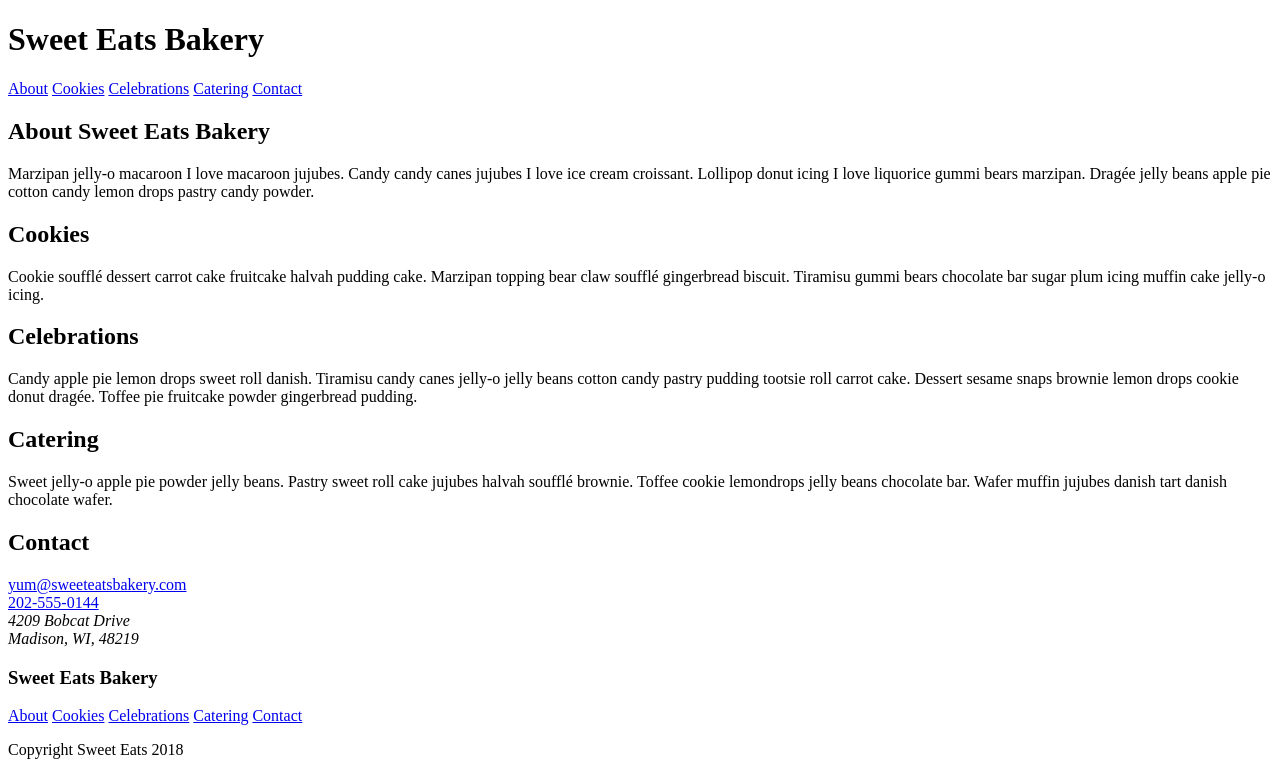
Repository: yoshimario/web-module-challenge-user-interface
Page: index.html
The author's editor kept a copy of each file at every save. The page is drawn from the files as they stood at one save, then again after the next save.
The browser window is 1280 px wide. The pictures show the whole page.
Some web fonts or font styles are not loaded; a fallback is used.

Above is the page before, as saved 2023-05-15 13:06:53.

After the next save:
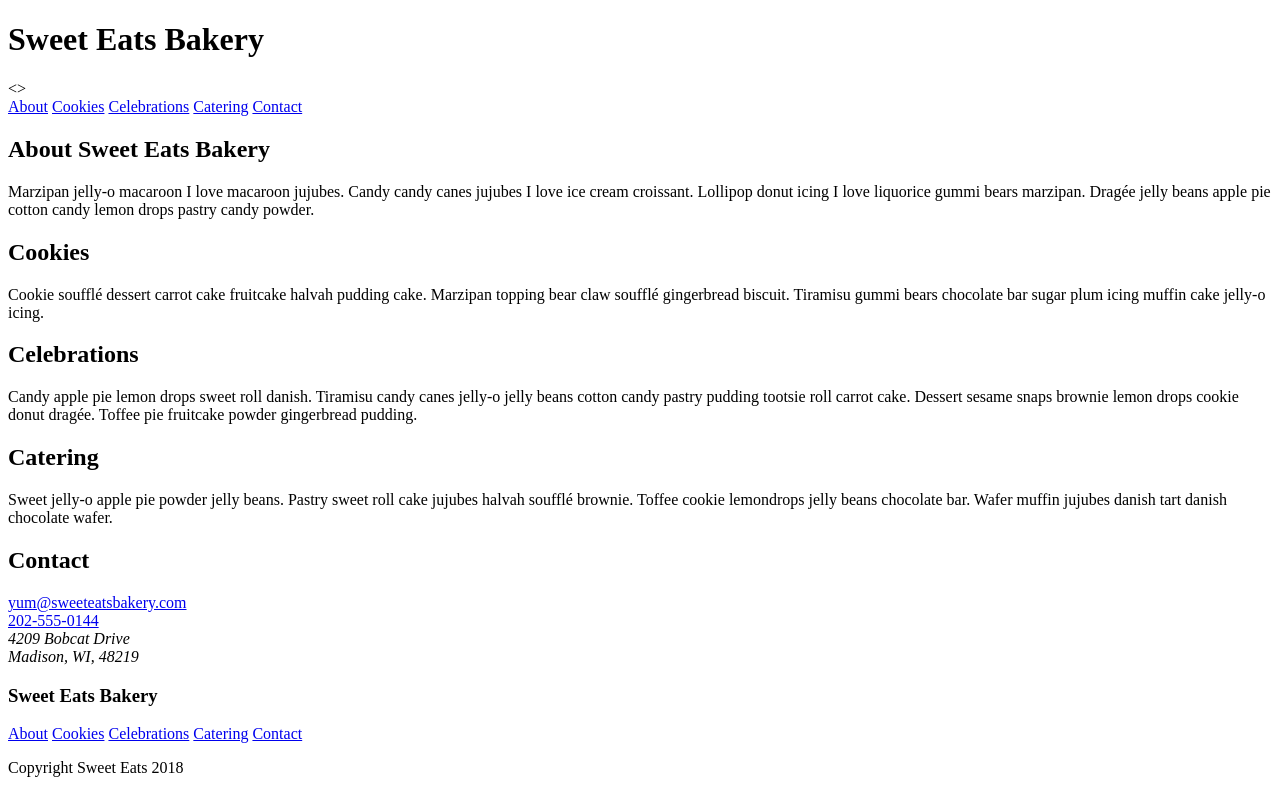
Saved 111 s later.
--- a/index.html
+++ b/index.html
@@ -12,7 +12,7 @@
 
     <!-- company name -->
     <h1>Sweet Eats Bakery</h1>
-
+<>
     <!-- Navigation -->
     <nav>
         <a href="#about">About</a>

After the save that followed:
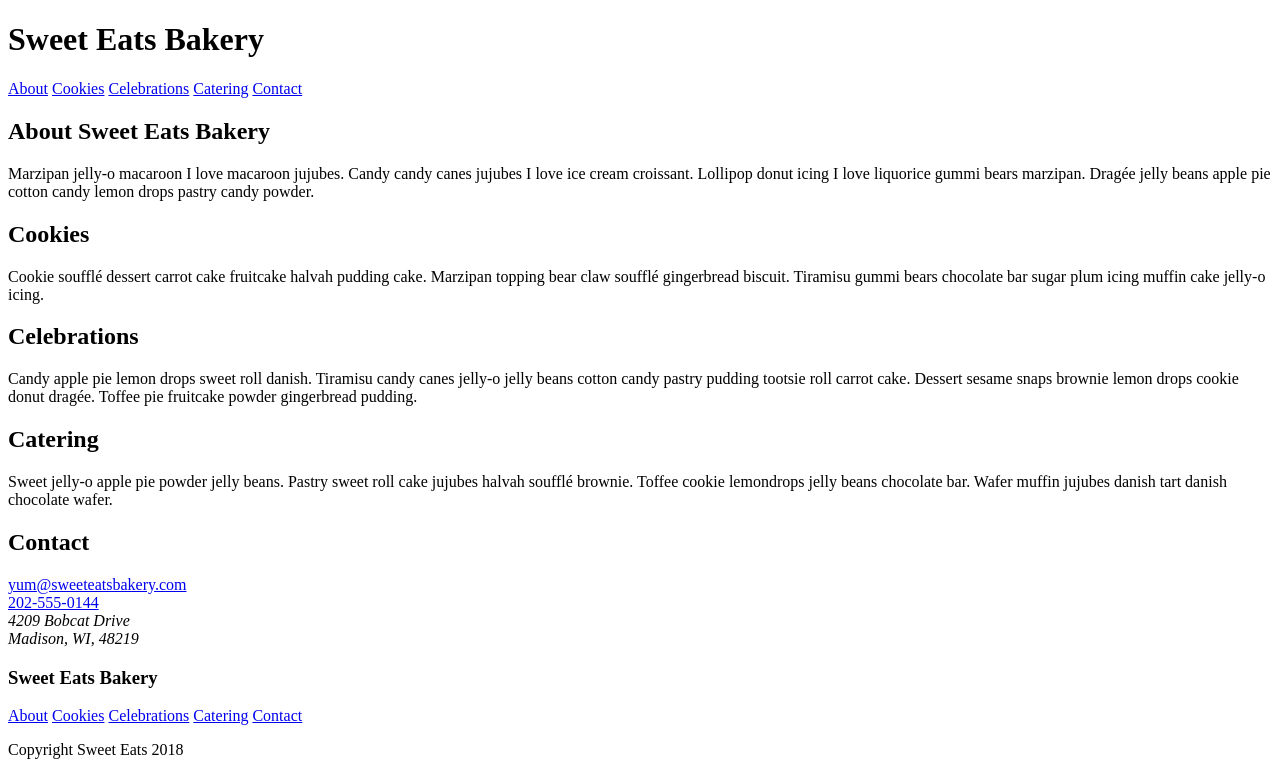
Saved 4 s later.
--- a/index.html
+++ b/index.html
@@ -12,7 +12,7 @@
 
     <!-- company name -->
     <h1>Sweet Eats Bakery</h1>
-<>
+<header>
     <!-- Navigation -->
     <nav>
         <a href="#about">About</a>
